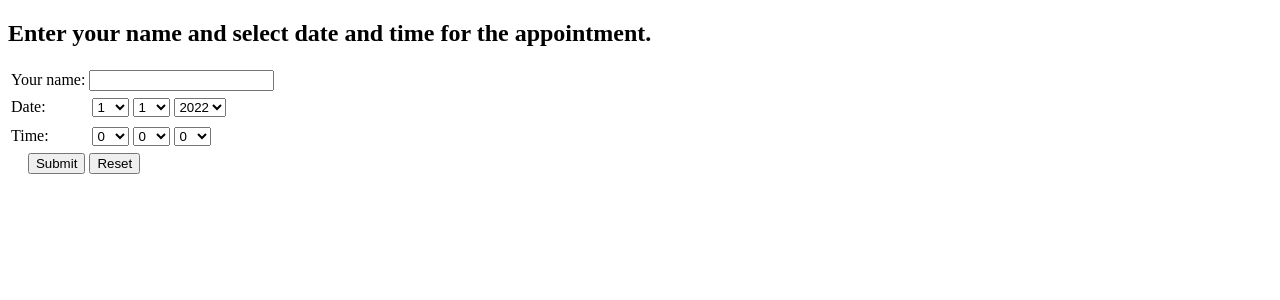
Repository: haitranduc4270/Book_store
Page: http://localhost/P3_Lab05_framework/Lab hằng tuần/Lab2.2/Exercise_DateTime/DateTime.php
An editor plug-in stored every save of this project. The page is shown before and after the next save, followed by the edit.
The browser window is 1280 px wide. The pictures show the whole page.
The page is run by PHP 8.4 with error messages shown; the project is at /var/www/html/.

Above is the page before, as saved 2022-04-25 08:19:47.

### Lab hằng tuần/Lab2.2/Exercise_DateTime/DateTime.php
<!DOCTYPE html>
<html lang="en">

<head>
    <meta charset="UTF-8" />
    <meta http-equiv="X-UA-Compatible" content="IE=edge" />
    <meta name="viewport" content="width=device-width, initial-scale=1.0" />
    <title>Date Time</title>
</head>

<body>
    <h2>Enter your name and select date and time for the appointment.</h2>

    <form action="<?php echo $_SERVER['PHP_SELF'] ?>" method="GET">
        <table>
            <tr>
                <td>Your name:</td>
                <td><input type="text" name="name" id="name"></td>
            </tr>
            <tr>
                <td>Date:</td>
                <td>
                    <table>
                        <tr>
                            <td><select name="day" id="day">
                                    <?php
                                    for($i = 1; $i < 32; $i++) {
                                        print ("<option>$i</option>");
                                    }
                                ?>
                                </select></td>
                            <td><select name="month" id="month">
                                    <?php
                                    for($i = 1; $i < 13; $i++) {
                                        print ("<option>$i</option>");
                                    }
                                ?>
                                </select></td>
                            <td><select name="year" id="year">
                                    <?php
                                    for($i = 1900; $i < 2022; $i++) {
                                        print ("<option>$i</option>");
                                    }
                                    print ("<option selected>2022</option>");
                                ?>
                                </select></td>
                        </tr>
                    </table>
                </td>
            </tr>
            <tr>
                <td>Time:</td>
                <td>
                    <table>
                        <tr>
                            <td><select name="hour" id="hour">
                                    <?php
                                    for($i = 0; $i < 24; $i++) {
                                        print ("<option>$i</option>");
                                    }
                                ?>
                                </select></td>
                            <td><select name="minute" id="minute">
                                    <?php
                                    for($i = 0; $i < 24; $i++) {
                                        print ("<option>$i</option>");
                                    }
                                ?>
                                </select></td>
                            <td><select name="second" id="second">
                                    <?php
                                    for($i = 0; $i < 60; $i++) {
                                        print ("<option>$i</option>");
                                    }
                                ?>
                                </select></td>
                        </tr>
                    </table>
                </td>
            </tr>
            <tr>
                <td align="right"><input type="submit" name="submit" value="Submit"></td>
                <td align="left"><input type="reset" value="Reset"></td>
            </tr>
        </table>
    </form>

    <div class="">
        <?php
            if(isset($_GET['submit'])){
                $name = $_GET['name'];
                print ("<p>Hi $name!</p>");
            }
        ?>
    </div>
</body>

</html>

After the next save:
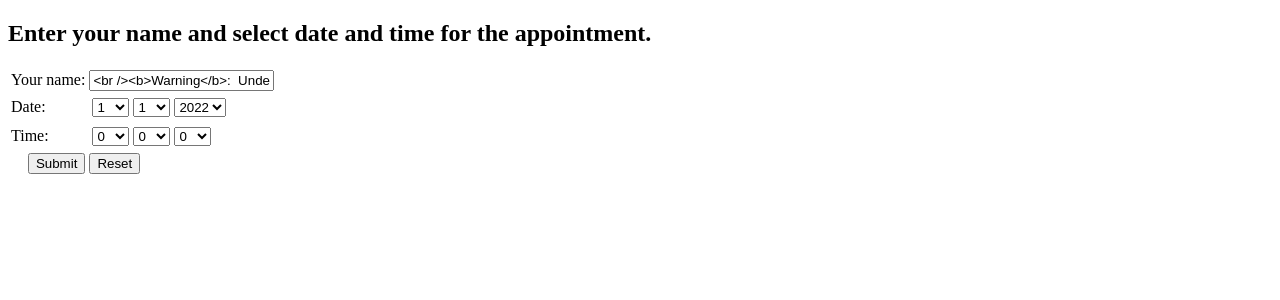
Saved 2 min 44 s later.
--- a/Lab hằng tuần/Lab2.2/Exercise_DateTime/DateTime.php
+++ b/Lab hằng tuần/Lab2.2/Exercise_DateTime/DateTime.php
@@ -15,7 +15,7 @@
         <table>
             <tr>
                 <td>Your name:</td>
-                <td><input type="text" name="name" id="name"></td>
+                <td><input type="text" name="name" value="<?php echo $name ?>"></td>
             </tr>
             <tr>
                 <td>Date:</td>
